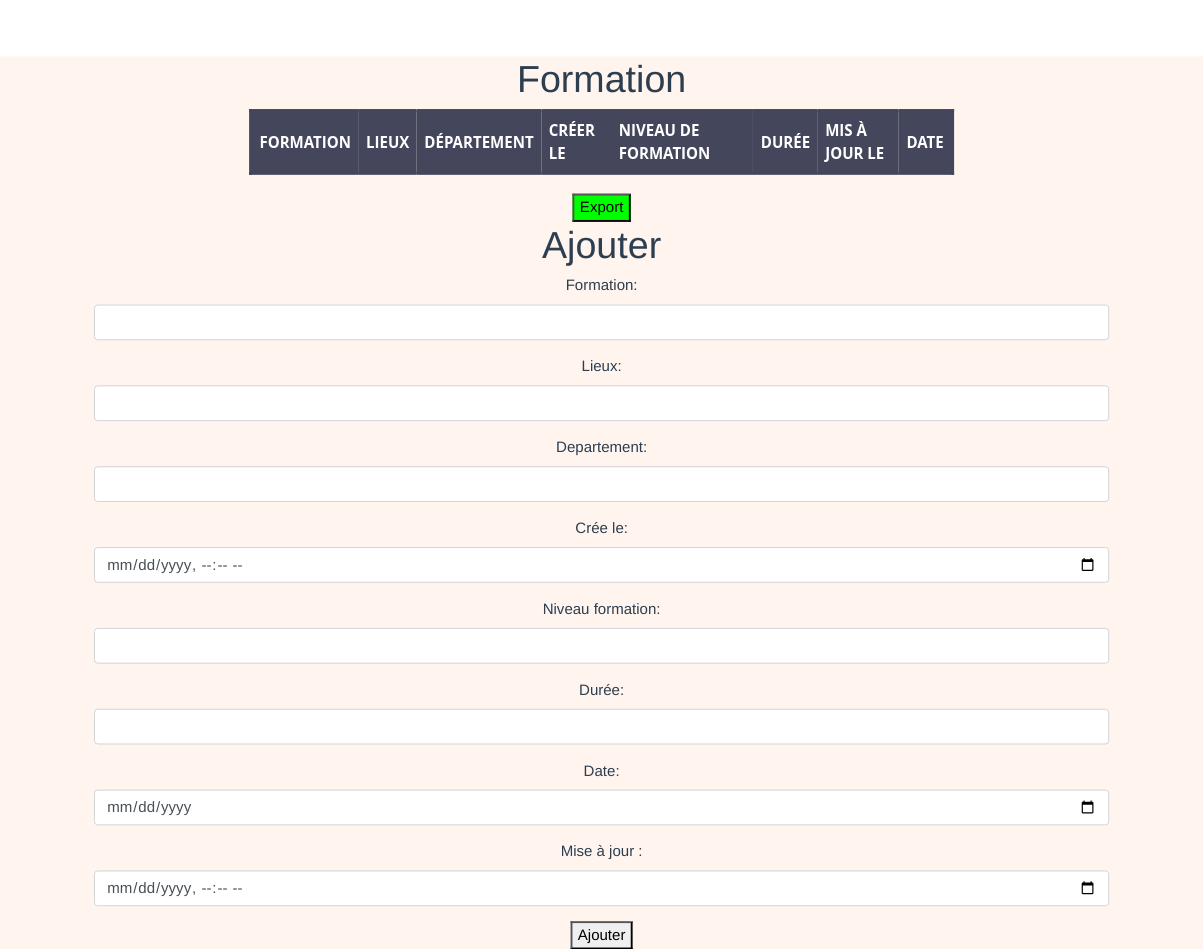
Repository: BaldeThierno1990/Projet-1-formation-tableau-generique-vue-export
Page: / (app in mcc/)
The author's editor kept a copy of each file at every save. The page is drawn from the files as they stood at one save, then again after the next save.
The browser window is 1280 px wide. The pictures show the whole page, at 94% of full size.
The page's requests for data from a server got no answer. The project was rebuilt for these pictures with package versions that can differ from the ones it lists, and the page was loaded fresh each time. No one was signed in, and anything a server would have sent is missing.

Above is the page before, as saved 2021-03-18 10:17:13.

### mcc/src/main.js
import Vue from 'vue'
import App from './App.vue'

import 'bootstrap';
import 'bootstrap/dist/css/bootstrap.min.css';

Vue.config.productionTip = false

new Vue({
  render: h => h(App),
}).$mount('#app')

### mcc/src/App.vue
<template>
  <div id="app">
    <Home></Home>
  </div>
</template>

<script>
import Home from "@/components/Home";

export default {
  name: 'App',
  components: {
    Home,
  }
}
</script>

<style>
#app {
  font-family: Avenir, Helvetica, Arial, sans-serif;
  -webkit-font-smoothing: antialiased;
  -moz-osx-font-smoothing: grayscale;
  text-align: center;
  color: #2c3e50;
  margin-top: 60px;
}
</style>

### mcc/src/components/Home.vue
<template>
    <div class="home">
        <h1>Formation</h1>
    <!-- <p v-for="formation in info" :key="formation">
        {{formation.Lieux}}
        {{formation.Departement}}
    </p> -->
<div style="margin:auto">
    <table id="firstTable">
  <thead>
    <tr>
      <th>Formation</th>
      <th>Lieux</th>
      <th>Département</th>
      <th>créer le </th>
      <th>Niveau de Formation</th>
      <th>Durée</th>
      <th>Mis à jour le</th>
      <th>Date</th>

    </tr>
  </thead>
  <tbody>
    <tr v-for="formation in info" :key="formation" >
      <td>{{formation.typeFormation}}</td>
      <td> {{formation.Lieux}}</td>
       <td> {{formation.Departement}}</td>
      <td>{{formation.createdAt}}</td>
       <td>{{formation.niveauFormation}}</td>
      <td>{{formation.dureeFormation}}</td>
       <td>{{formation.updateAt}}</td>
       <td>{{formation.Date}}</td>
    </tr>
  </tbody>
</table>
 <button type="button" class="download-btn" v-on:click="download">
      Export
    </button>
</div>
<Post-form></Post-form>
 </div>

</template>

<style scoped>
table {
  font-family: 'Open Sans', sans-serif;
  width: 750px;
  border-collapse: collapse;
  border: 3px solid #44475C;
  margin: auto;
}

table th {
  text-transform: uppercase;
  text-align: left;
  background: #44475C;
  color: #FFF;
  padding: 8px;
  min-width: 30px;
}

table td {
  text-align: left;
  padding: 8px;
  border-right: 2px solid #7D82A8;
}
table td:last-child {
  border-right: none;
}
table tbody tr:nth-child(2n) td {
  background: #D4D8F9;
}
.download-btn{
  background-color: lime;
  margin-top: 20px;
}
.home{
 background-color: seashell;
}
</style>
<script>
// import API from "@/services/api.js";
import axios from 'axios';
import XLSX from "xlsx";
import PostForm from '@/components/Post-form';
export default {
  components: {
      PostForm
  },
  data() {
    return {
       info: null,

    }
  },
   mounted () {
       var self = this;
    axios
      .get('http://localhost:8000/api/formations.json')
      .then(function (response){
          self.info = response.data
        //  console.log(response.data)

      })
  },
  methods: {
    download: function () {
      const data = XLSX.utils.json_to_sheet(this.info);
      const wb = XLSX.utils.book_new();
      XLSX.utils.book_append_sheet(wb, data, "data");
      XLSX.writeFile(wb, "formation.xlsx");
    },
  },

}
</script>

### mcc/src/components/Post-form.vue
<template>
    <div>
        <h1>Ajouter</h1>
        <div class="form">

        <form @submit.prevent="postData" method="post">
            <!-- <form v-on:submit.prevent="postData"> -->
            <div class="mb-3">
            <label for="mon_id">Formation:</label>
            <input type="text" name="type_formation" class="form-control"  v-model="posts.typeFormation">
            </div>
             <div class="mb-3">
            <label for="mon_id">Lieux:</label>
            <input type="text" name="lieux" class="form-control"  v-model="posts.Lieux">
             </div>
              <div class="mb-3">
            <label for="mon_id">Departement:</label>
            <input name="departement" class="form-control"   v-model.number="posts.Departement">
              </div>
               <div class="mb-3">
            <label for="mon_id">Crée le:</label>
            <input type="datetime-local" name="update_at" class="form-control"  v-model="posts.createdAt">
               </div>
                <div class="mb-3">
            <label for="mon_id">Niveau formation:</label>
            <input type="text" name="niveau_formation" class="form-control"  v-model="posts.niveauFormation">
                </div>
                 <div class="mb-3">
            <label for="mon_id">Durée:</label>
            <input name="durée_formation" class="form-control"  v-model.number="posts.dureeFormation">
                 </div>
                  <div class="mb-3">
            <label for="mon_id">Date:</label>
            <input type="date" name="Date" class="form-control"  v-model="posts.Date">
                  </div>
                   <div class="mb-3">
            <label for="mon_id">Mise à jour :</label>
            <input type="datetime-local" name="update_at" class="form-control"  v-model="posts.updateAt">
                   </div>
            <button type="submit">Ajouter</button>
        </form>
    </div>
    </div>
</template>

<script>
import Vue from 'vue'
import axios from 'axios';
import VueAxios from 'vue-axios'
Vue.use(VueAxios, axios)
export default {
    data(){
        return{
            posts:{
                typeFormation:null,
                Lieux:null,
                Date:null,
                Departement:null,
                createdAt:null,
                niveauFormation:null,
                dureeFormation:null,
                updateAt:null,
            },

        }
    },
    methods:{
       postData(){
            axios.post('http://127.0.0.1:8000/api/formations', this.posts)

                 .then(() => {
                     //Perform Success Action
                 })
                 .catch(() => {
                     // error.response.status Check status code
                 }).finally(() => {
                     //Perform action in always
                 });

        },
    }
}


</script>

<style>
.form{
    margin-right: 100px;
    margin-left: 100px;
}
</style>

Loaded but not shown: mcc/public/index.html (common file)

After the next save:
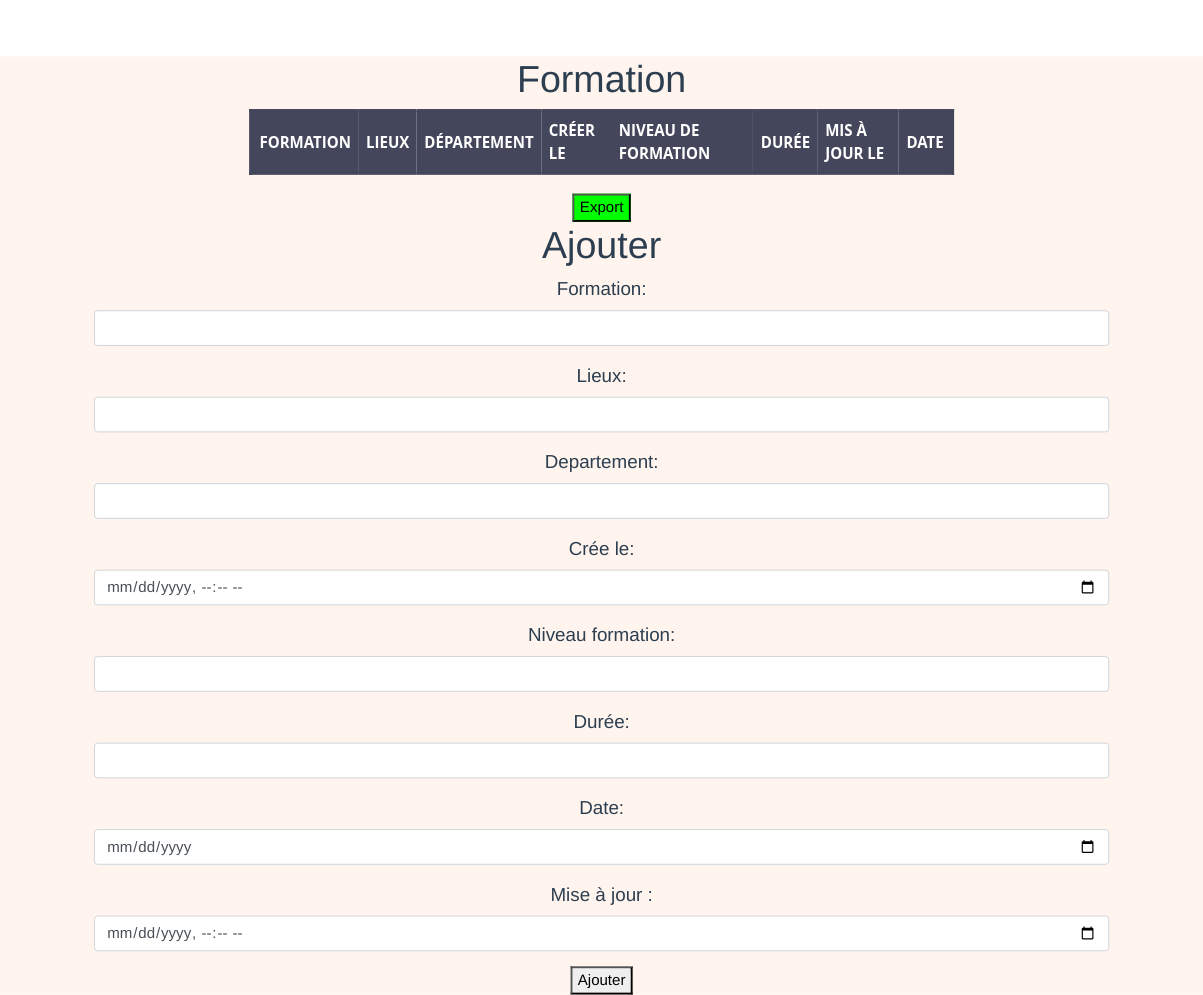
Saved 50 s later.
--- a/mcc/src/components/Post-form.vue
+++ b/mcc/src/components/Post-form.vue
@@ -89,4 +89,7 @@
     margin-right: 100px;
     margin-left: 100px;
 }
+label{
+    font-size: 20px;
+}
 </style>
